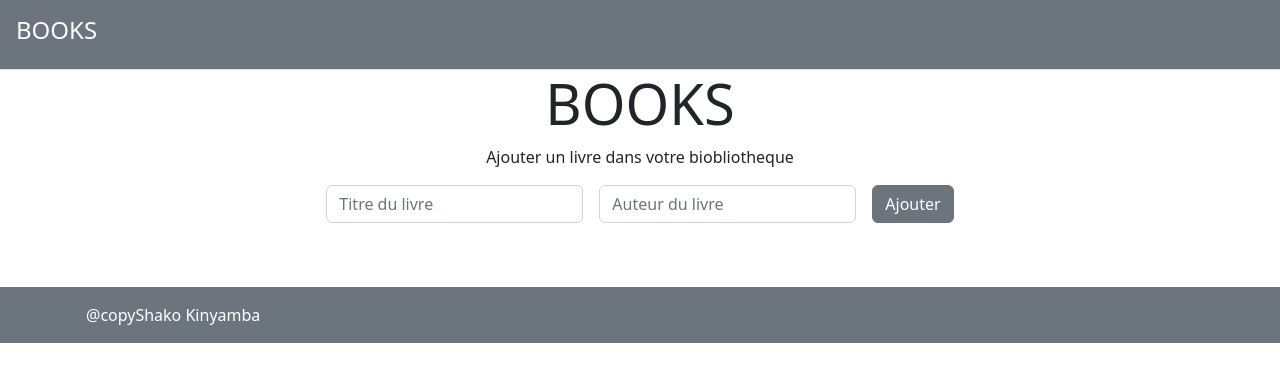
Repository: SKB-TECH/Books
Page: /
These files come from the project's save history. The page is drawn as it stood at one moment and after the next save; the edit follows.
The browser window is 1280 px wide. The pictures show the whole page.
The project was rebuilt for these pictures with package versions that can differ from the ones it lists, and the page was loaded fresh each time. Also part of the build but not shown: vite.config.js.

Above is the page before, as saved 2022-11-09 16:01:49.

### src/main.jsx
import React from 'react'
import ReactDOM from 'react-dom/client'
import App from './App'
import 'bootstrap/dist/css/bootstrap.min.css'

ReactDOM.createRoot(document.getElementById('root')).render(
  <React.StrictMode>
    <App />
  </React.StrictMode>
)

### src/App.jsx
import React from 'react';
import Footer from './components/Footer';
import Navbar from './components/Navbar';
import AddBooks from './Containers/AddBooks'
const App = () => {
  return (
    <div className='App'>
      <Navbar />
      <AddBooks />
      <Footer />
    </div>
  );
};

export default App;

### src/components/Footer.jsx
import React from 'react';

const Footer = () => {
    return (
        <footer className='footer text-white bg-secondary mt-5'>
            <div className='container p-3'>
                <span>
                    @copyShako Kinyamba
                </span>
            </div>
        </footer>
    );
};

export default Footer;

### src/components/Navbar.jsx
import React from 'react';

const Navbar = () => {
    return (
        <header>
            <div className='d-flex flex-column flex-md-row p-3 border-bottom bg-secondary text-white'>
                <h4 className='mr-md-auto'>
                    <a href="/" className='text-decoration-none text-white'>BOOKS</a>
                </h4>
            </div>
            {/* Menu principl */}
        </header>
    );
};

export default Navbar;

### src/Containers/AddBooks.jsx
import React from 'react';

const AddBooks = () => {
    return (
        <main role="main">
            <div className='jumbotron jumbotron-fluid'>
                <div className='container text-center'>
                    <h1 className='display-4'>
                        BOOKS
                    </h1>
                    <p>
                        Ajouter un livre dans votre biobliotheque
                    </p>

                    <form className="form-inline justify-content-center row g-3">
                        <div className="col-auto">
                            <input type="password" className="form-control ml-3" id="inputPassword2" placeholder="Titre du livre" />
                        </div>
                        <div className="col-auto">
                            <input type="password" className="form-control ml-3" id="inputPassword2" placeholder="Auteur du livre" />
                        </div>
                        <div class="col-auto">
                            <button type="submit" className="btn btn-secondary mb-3">Ajouter</button>
                        </div>
                    </form>
                </div>
            </div>
        </main>
    );
};

export default AddBooks;

Loaded but not shown: index.html (common file)

After the next save:
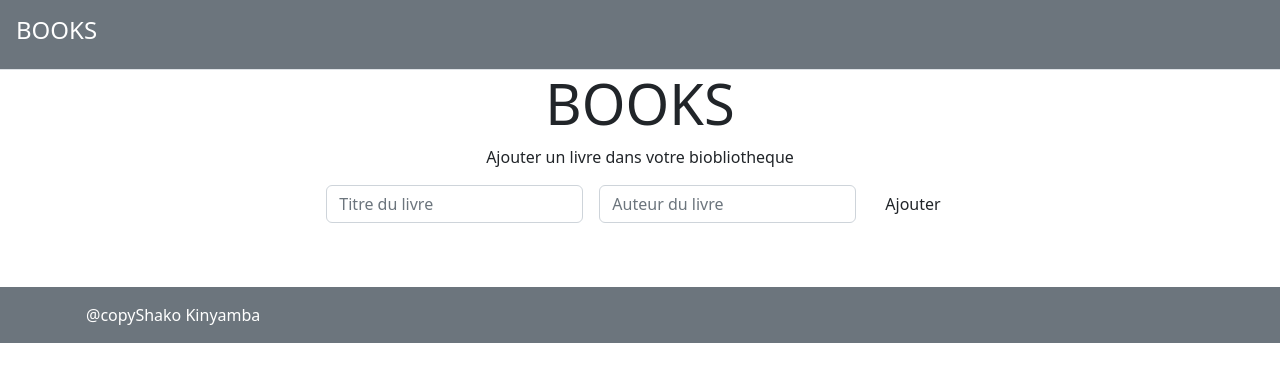
Saved 73 s later.
--- a/src/Containers/AddBooks.jsx
+++ b/src/Containers/AddBooks.jsx
@@ -20,7 +20,7 @@
                             <input type="password" className="form-control ml-3" id="inputPassword2" placeholder="Auteur du livre" />
                         </div>
                         <div class="col-auto">
-                            <button type="submit" className="btn btn-secondary mb-3">Ajouter</button>
+                            <button type="submit" className="btn btn-outiline-secondary mb-3">Ajouter</button>
                         </div>
                     </form>
                 </div>

After the save that followed:
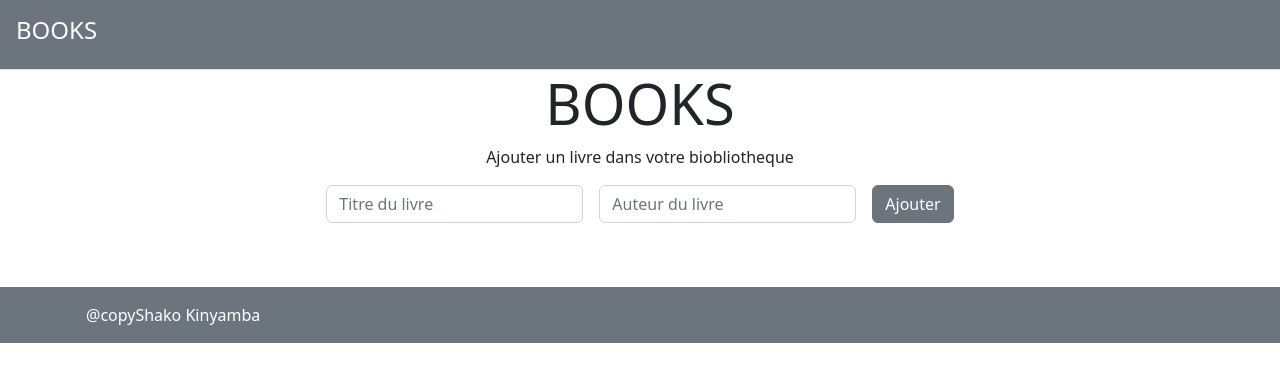
Saved 15 s later.
--- a/src/Containers/AddBooks.jsx
+++ b/src/Containers/AddBooks.jsx
@@ -20,7 +20,7 @@
                             <input type="password" className="form-control ml-3" id="inputPassword2" placeholder="Auteur du livre" />
                         </div>
                         <div class="col-auto">
-                            <button type="submit" className="btn btn-outiline-secondary mb-3">Ajouter</button>
+                            <button type="submit" className="btn btn-secondary mb-3">Ajouter</button>
                         </div>
                     </form>
                 </div>
